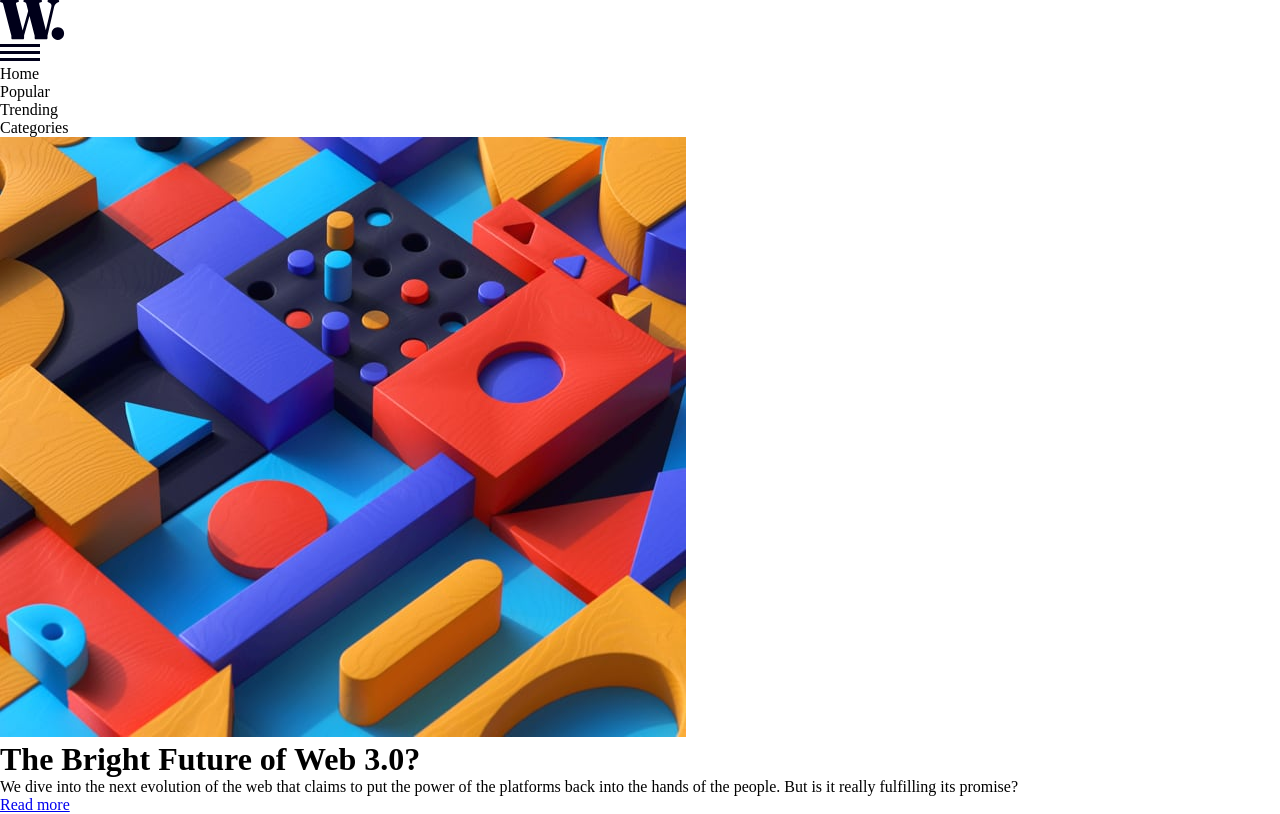
Repository: Arkitecth/news-webpage
Page: index.html
The author's editor kept a copy of each file at every save. The page is drawn from the files as they stood at one save, then again after the next save.
The browser window is 1280 px wide. The pictures show the whole page.

Above is the page before, as saved 2023-06-07 16:26:53.

### index.html
<!DOCTYPE html>
<html lang="en">
<head>
  <meta charset="UTF-8">
  <meta name="viewport" content="width=device-width, initial-scale=1.0"> <!-- displays site properly based on user's device -->
  <title>News homepage</title>
  <link rel="stylesheet" href="style.css">
  <link rel="stylesheet" media="screen and (max-width:768px)" href="mobile.css">
</head>
<body>
  <main>
    <nav class="flex-container">
      <img class="logo" src="assets/images/logo.svg" alt="logo">
      <div class="hamburger-menu">
        <img class="icon-menu" src="assets/images/icon-menu.svg" alt="icon-menu">
          <ul class="menu-items">
            <li> Home  </li>
            <li> Popular</li>
            <li>Trending</li>
            <li>Categories</li>
          </ul>
      </div>
    </nav>
    <img class="background-image" src="assets/images/image-web-3-mobile.jpg" alt="background-image">
    <h1>The Bright Future of Web 3.0? </h1>
    <p> We dive into the next evolution of the web that claims to put the power of the platforms back into the hands of the people.
      But is it really fulfilling its promise? </p>
    <a href="#">Read more </a>
  </main>
<script src="script.js"></script>





  <!-- New

  Hydrogen VS Electric Cars
  Will hydrogen-fueled cars ever catch up to EVs?

  The Downsides of AI Artistry
  What are the possible adverse effects of on-demand AI image generation?

  Is VC Funding Drying Up?
  Private funding by VC firms is down 50% YOY. We take a look at what that means.

  01
  Reviving Retro PCs
  What happens when old PCs are given modern upgrades?

  02
  Top 10 Laptops of 2022
  Our best picks for various needs and budgets.

  03
  The Growth of Gaming
  How the pandemic has sparked fresh opportunities. -->
</body>
</html>

### style.css
* {
    margin: 0;
    padding: 0;
}

### script.js
const hamburger = document.querySelector(".hamburger-menu");
const iconMenu = document.querySelector(".icon-menu");
const menuItems = document.querySelector(".menu-items");
iconMenu.addEventListener("click", () => {
    hamburger.classList.toggle("menu-box");
    iconMenu.classList.toggle("toggle-icon");
    menuItems.classList.toggle("toggle-menu-items");
})
iconMenu.src = "assets/images/icon-menu.svg";

### mobile.css
main {
    display: grid;
    grid-template-rows: auto 2fr 1fr 1fr;
}

.flex-container {
    display: flex;
    justify-content: space-between;
    align-items: center;
}

.container {
    margin: 20px;
}

.logo {
    margin: 20px;
}

.menu-items {
    list-style-type: none;
    display: none;
    font-size: 1.125rem;
}

.menu-items li {
    padding: 20px;
}

.hamburger-menu {
    margin: 20px;
}


.menu-box {
    position: absolute;
    margin: 0;
    top: 0;
    right: 0;
    height: 100vh;
    width: 40vh;
    background-color: red;
}

.toggle-icon {
    content: url("assets/images/icon-menu-close.svg");
    padding-top: 20px;
    margin-left: 80%;
}

.toggle-menu-items {
    display: block;
    padding: 20px;
}

.background-image {
    width: 343px;
    margin: auto;
    margin-top: 20px;
}

After the next save:
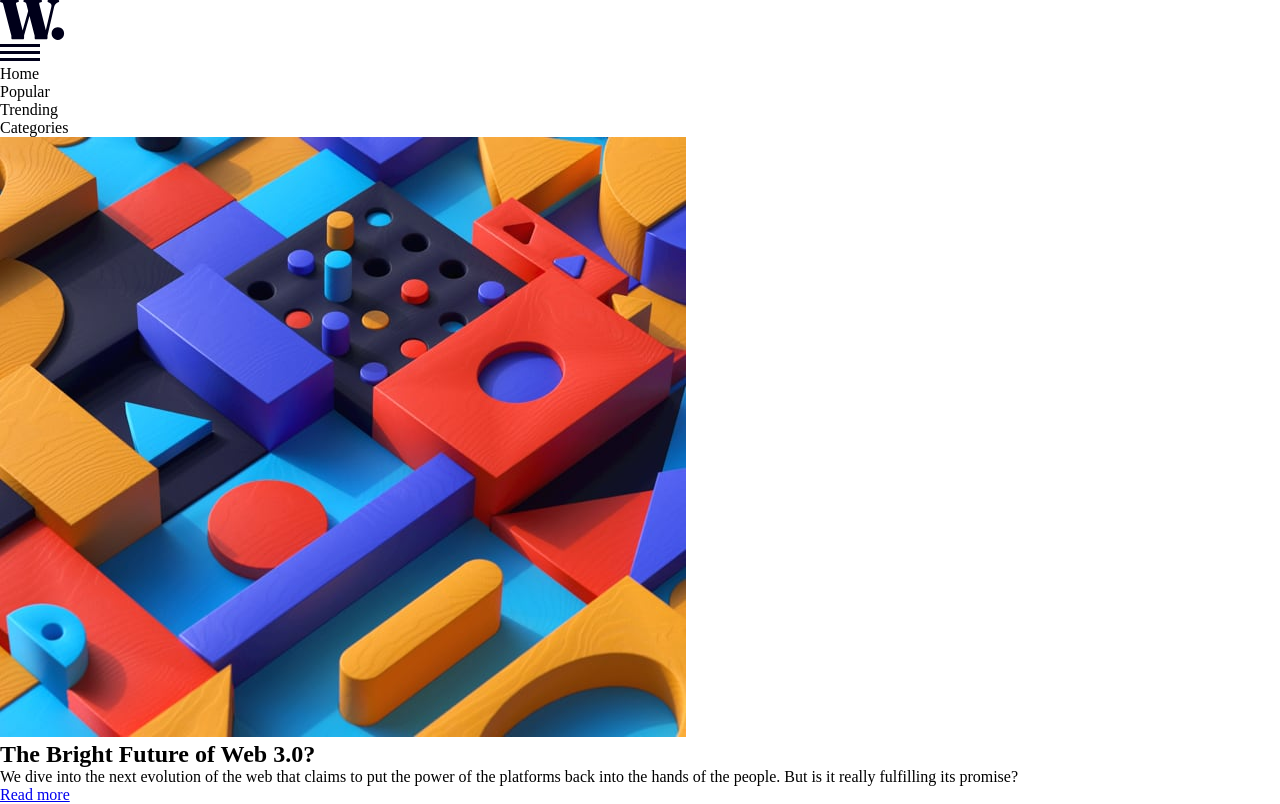
Saved 45 s later.
--- a/index.html
+++ b/index.html
@@ -22,10 +22,14 @@
       </div>
     </nav>
     <img class="background-image" src="assets/images/image-web-3-mobile.jpg" alt="background-image">
-    <h1>The Bright Future of Web 3.0? </h1>
-    <p> We dive into the next evolution of the web that claims to put the power of the platforms back into the hands of the people.
-      But is it really fulfilling its promise? </p>
-    <a href="#">Read more </a>
+    <section>
+      <h1>The Bright Future of Web 3.0? </h1>
+      <p> We dive into the next evolution of the web that claims to put the power of the platforms back into the hands of the people.
+        But is it really fulfilling its promise? </p>
+      <a href="#">Read more </a>
+
+    </section>
+
   </main>
 <script src="script.js"></script>
 
